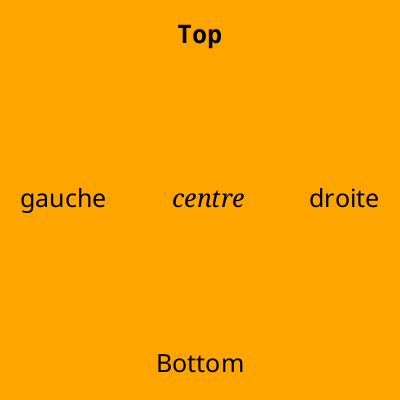
Repository: guehel/Workspace
Program's window: java HelloWorldJavaFx/src/application/Main.java
An editor plug-in stored every save of this project. The program's window is shown before and after the next save, followed by the edit.
It runs on Java 21 on a 1366 x 768 screen with JavaFX 11; the title bar is not drawn.

Above is the program's window before, as saved 2014-09-25 22:41:39.

After the next save:
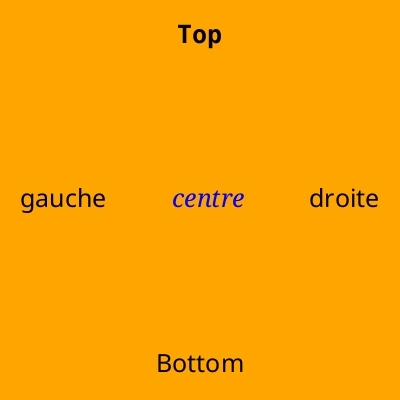
Saved 64 s later.
--- a/HelloWorldJavaFx/src/application/Main.java
+++ b/HelloWorldJavaFx/src/application/Main.java
@@ -33,7 +33,7 @@
 			root.setRight(new Text("droite"));
 			root.setBottom(new Text("Bottom"));
 			root.getCenter().setStyle("-fx-background-color: orange;");
-			root.getCenter().setStyle("-fx-font-family:serif; -fx-font-style:italic;-fx-stroke-with: 10px;-fx-font-paint: blue;");
+			root.getCenter().setStyle("-fx-font-family:serif; -fx-font-style:italic;-fx-stroke-with: 10px;-fx-fill: blue;");
 			root.getTop().setStyle("-fx-font-weight: bold;-fx-font-family:monospace;");
 			BorderPane.setAlignment(root.getCenter(), Pos.CENTER);
 			BorderPane.setAlignment(root.getTop(), Pos.CENTER);
